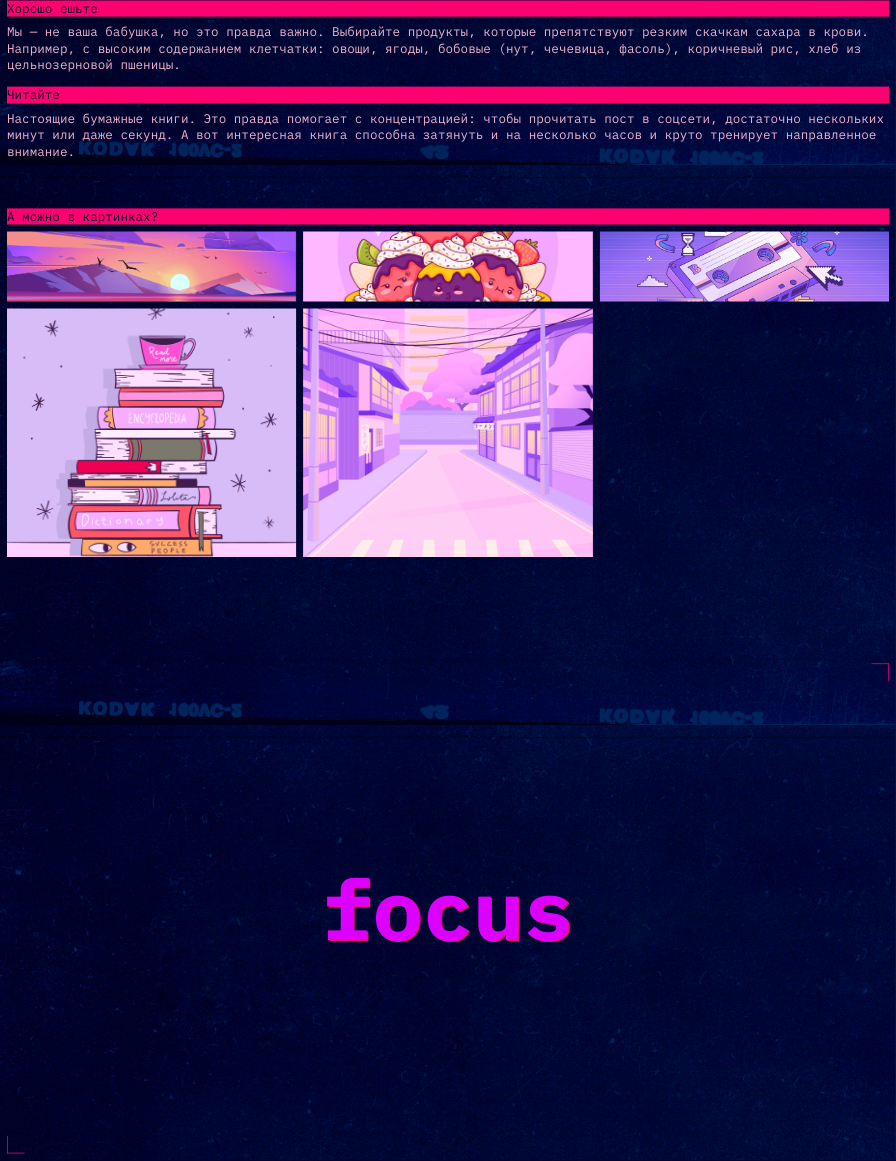
Repository: NikWolf75/slozhno-sosredotochitsya-fd
Page: index.html
An editor plug-in stored every save of this project. The page is shown before and after the next save, followed by the edit.
The browser window is 1280 px wide. The pictures show the part of the page from y = 2164 to 4084 px (the page is 3822 px tall before and 4084 px after), at 70% of full size.
Backgrounds fixed to the window are drawn as part of the page.

Above is the page before, as saved 2025-02-27 11:53:37.

After the next save:
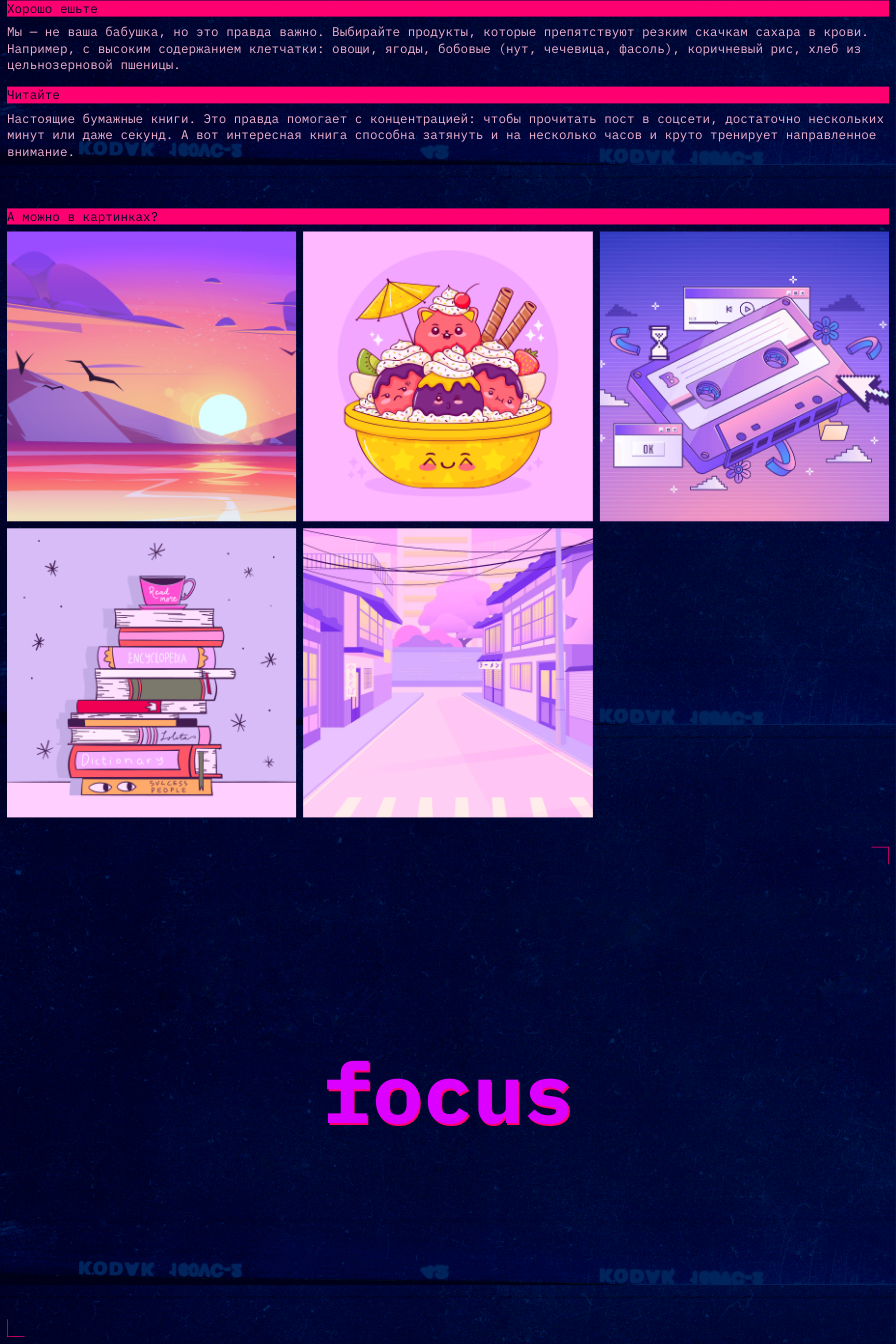
Saved 17 s later.
--- a/styles/style.css
+++ b/styles/style.css
@@ -195,7 +195,6 @@
 .content__section-images_gallery {
   display: grid;
   grid-template-columns: repeat(auto-fill, minmax(355px, 1fr));
-  grid-template-rows: 100px 355px 100px;
   gap: 10px;
   inline-size: 100%;
 }
